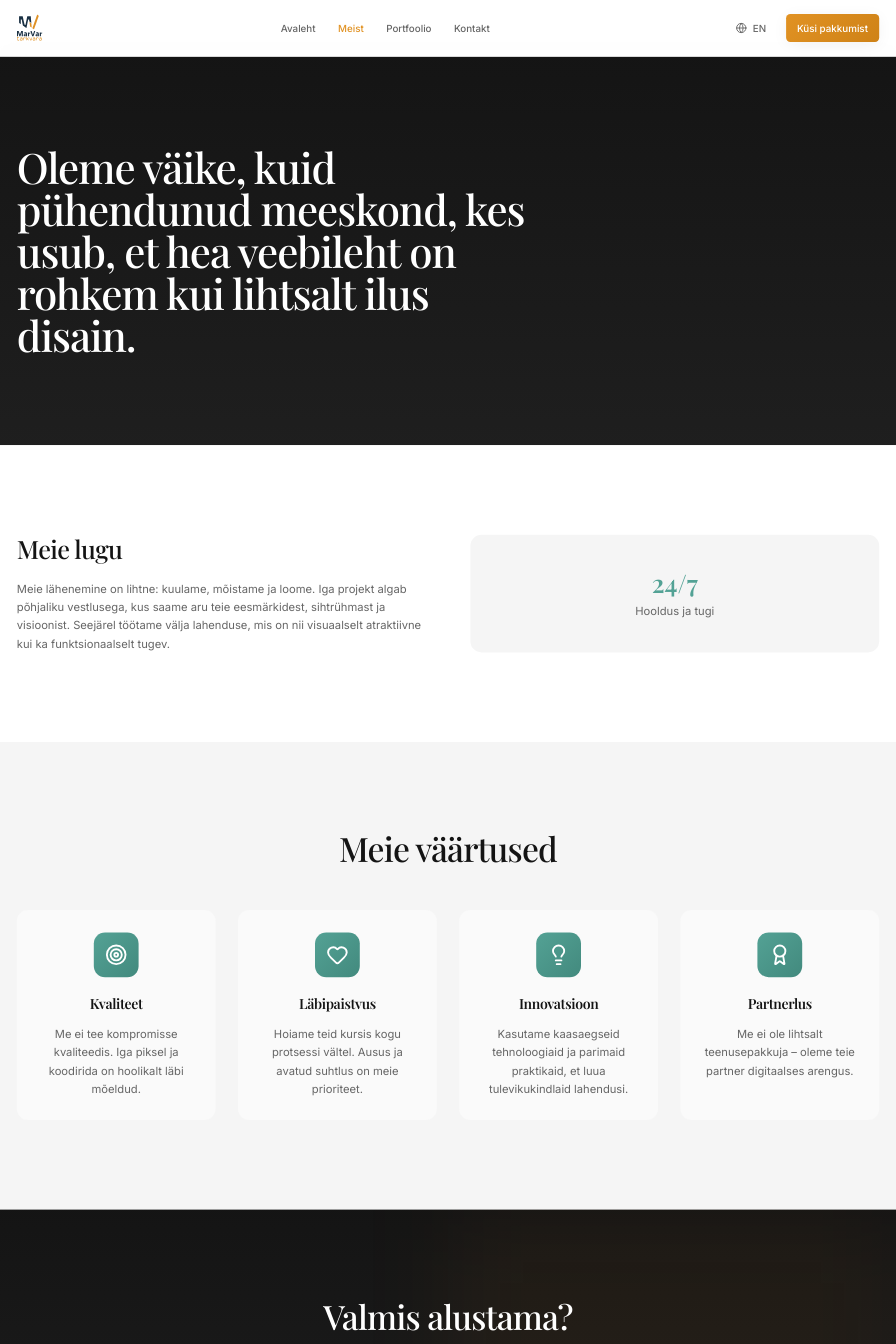
Repository: marvar-tarkvara/MARVAR-LEHT
Page: /meist
The author's editor kept a copy of each file at every save. The page is drawn from the files as they stood at one save, then again after the next save.
The browser window is 1280 px wide. The pictures show the part of the page from y = 0 to 1920 px (the page is 2625 px tall before and 2589 px after), at 70% of full size.
Some web fonts or font styles are not loaded; a fallback is used. The project was rebuilt for these pictures with package versions that can differ from the ones it lists, and the page was loaded fresh each time. The framework's server and built-in components were replaced by stand-ins that run in the browser. Also part of the build but not shown: next.config.ts, components/ui/tooltip.tsx.

Above is the page before, as saved 2026-01-18 19:22:35.

### app/layout.tsx
import type { Metadata } from "next";
import { Inter, Playfair_Display } from "next/font/google";
import { LanguageProvider } from "@/contexts/LanguageContext";
import { Toaster } from "@/components/ui/toaster";
import { TooltipProvider } from "@/components/ui/tooltip";
import "./globals.css";

const inter = Inter({
  subsets: ["latin"],
  variable: "--font-inter",
});

const playfair = Playfair_Display({
  subsets: ["latin"],
  variable: "--font-playfair",
});

export const metadata: Metadata = {
  title: "MarVar - Veebilehtede loomine",
  description: "Professionaalsed ja konversioonile suunatud veebilehed, mis aitavad teie ettevõttel kasvada. Minimalistlik disain, maksimaalne mõju.",
  icons: {
    icon: "/marvar.svg",
    apple: "/marvar.svg",
  },
};

export default function RootLayout({
  children,
}: Readonly<{
  children: React.ReactNode;
}>) {
  return (
    <html lang="et" suppressHydrationWarning>
      <body className={`${inter.variable} ${playfair.variable} antialiased`}>
        <LanguageProvider>
          <TooltipProvider>
            {children}
            <Toaster />
          </TooltipProvider>
        </LanguageProvider>
      </body>
    </html>
  );
}

### app/meist/page.tsx
import Layout from "@/components/layout/Layout";
import AboutContent from "@/components/pages/AboutContent";

export const metadata = {
  title: "Meist - MarVariks",
  description: "Oleme väike, kuid pühendunud meeskond, kes usub, et hea veebileht on rohkem kui lihtsalt ilus disain.",
};

export default function AboutPage() {
  return (
    <Layout>
      <AboutContent />
    </Layout>
  );
}

### components/ui/toaster.tsx
"use client";

import { useToast } from "@/hooks/use-toast";
import { Toast, ToastClose, ToastDescription, ToastProvider, ToastTitle, ToastViewport } from "@/components/ui/toast";

export function Toaster() {
  const { toasts } = useToast();

  return (
    <ToastProvider>
      {toasts.map(function ({ id, title, description, action, ...props }) {
        return (
          <Toast key={id} {...props}>
            <div className="grid gap-1">
              {title && <ToastTitle>{title}</ToastTitle>}
              {description && <ToastDescription>{description}</ToastDescription>}
            </div>
            {action}
            <ToastClose />
          </Toast>
        );
      })}
      <ToastViewport />
    </ToastProvider>
  );
}

### app/globals.css
@tailwind base;
@tailwind components;
@tailwind utilities;

@layer base {
  :root {
    --background: 0 0% 100%;
    --foreground: 0 0% 8%;

    --card: 0 0% 98%;
    --card-foreground: 0 0% 8%;

    --popover: 0 0% 100%;
    --popover-foreground: 0 0% 8%;

    --primary: 0 0% 8%;
    --primary-foreground: 0 0% 100%;

    --secondary: 0 0% 96%;
    --secondary-foreground: 0 0% 8%;

    --muted: 0 0% 94%;
    --muted-foreground: 0 0% 40%;

    --accent: 35 76% 51%;
    --accent-foreground: 0 0% 100%;

    --teal: 170 32% 48%;
    --teal-foreground: 0 0% 100%;

    --destructive: 0 84% 60%;
    --destructive-foreground: 0 0% 100%;

    --border: 0 0% 90%;
    --input: 0 0% 90%;
    --ring: 35 76% 51%;

    --radius: 0.5rem;

    --gradient-accent: linear-gradient(135deg, hsl(35, 76%, 51%) 0%, hsl(35, 80%, 45%) 100%);
    --gradient-teal: linear-gradient(135deg, hsl(170, 32%, 48%) 0%, hsl(170, 35%, 40%) 100%);
    --gradient-dark: linear-gradient(180deg, hsl(0, 0%, 8%) 0%, hsl(0, 0%, 12%) 100%);

    --shadow-soft: 0 4px 24px -4px hsl(0 0% 0% / 0.08);
    --shadow-card: 0 8px 32px -8px hsl(0 0% 0% / 0.12);
    --shadow-elevated: 0 16px 48px -12px hsl(0 0% 0% / 0.16);
  }

  .dark {
    --background: 0 0% 6%;
    --foreground: 0 0% 96%;

    --card: 0 0% 10%;
    --card-foreground: 0 0% 96%;

    --popover: 0 0% 8%;
    --popover-foreground: 0 0% 96%;

    --primary: 0 0% 96%;
    --primary-foreground: 0 0% 6%;

    --secondary: 0 0% 14%;
    --secondary-foreground: 0 0% 96%;

    --muted: 0 0% 16%;
    --muted-foreground: 0 0% 60%;

    --accent: 35 76% 51%;
    --accent-foreground: 0 0% 100%;

    --teal: 170 32% 48%;
    --teal-foreground: 0 0% 100%;

    --destructive: 0 62% 50%;
    --destructive-foreground: 0 0% 100%;

    --border: 0 0% 18%;
    --input: 0 0% 18%;
    --ring: 35 76% 51%;

    --shadow-soft: 0 4px 24px -4px hsl(0 0% 0% / 0.4);
    --shadow-card: 0 8px 32px -8px hsl(0 0% 0% / 0.5);
    --shadow-elevated: 0 16px 48px -12px hsl(0 0% 0% / 0.6);
  }
}

@layer base {
  * {
    @apply border-border;
  }

  html {
    scroll-behavior: smooth;
  }

  body {
    @apply bg-background text-foreground font-sans antialiased;
  }

  h1, h2, h3, h4, h5, h6 {
    @apply font-display font-medium tracking-tight;
  }
}

@layer utilities {
  .text-gradient-accent {
    @apply bg-clip-text text-transparent;
    background-image: var(--gradient-accent);
  }

  .text-gradient-teal {
    @apply bg-clip-text text-transparent;
    background-image: var(--gradient-teal);
  }

  .bg-gradient-accent {
    background: var(--gradient-accent);
  }

  .bg-gradient-teal {
    background: var(--gradient-teal);
  }

  .bg-gradient-dark {
    background: var(--gradient-dark);
  }

  .shadow-soft {
    box-shadow: var(--shadow-soft);
  }

  .shadow-card {
    box-shadow: var(--shadow-card);
  }

  .shadow-elevated {
    box-shadow: var(--shadow-elevated);
  }
}

### components/layout/Layout.tsx
import { ReactNode } from "react";
import Header from "./Header";
import Footer from "./Footer";

interface LayoutProps {
  children: ReactNode;
}

const Layout = ({ children }: LayoutProps) => {
  return (
    <div className="min-h-screen flex flex-col">
      <Header />
      <main className="flex-1 pt-20">{children}</main>
      <Footer />
    </div>
  );
};

export default Layout;

### components/layout/Header.tsx
"use client";

import { useState } from "react";
import Link from "next/link";
import Image from "next/image";
import { usePathname } from "next/navigation";
import { motion, AnimatePresence } from "framer-motion";
import { Menu, X, Globe } from "lucide-react";
import { Button } from "@/components/ui/button";
import { useLanguage } from "@/contexts/LanguageContext";

const Header = () => {
  const [isMenuOpen, setIsMenuOpen] = useState(false);
  const pathname = usePathname();
  const { language, setLanguage, t } = useLanguage();

  const isActive = (path: string) => pathname === path;

  const navLinks = [
    { href: "/", label: t("nav.home") },
    { href: "/meist", label: t("nav.about") },
    { href: "/portfolio", label: t("nav.portfolio") },
    { href: "/kontakt", label: t("nav.contact") },
  ];

  const toggleLanguage = () => {
    setLanguage(language === "et" ? "en" : "et");
  };

  return (
    <header className="fixed top-0 left-0 right-0 z-50 bg-background/80 backdrop-blur-lg border-b border-border">
      <div className="container mx-auto px-6">
        <div className="flex items-center justify-between h-20">
          {/* Logo */}
          <Link href="/">
            <Image src="/marvar-tarkvara.svg" alt="MarVar logo" width={140} height={40} className="h-10 w-auto" />
          </Link>

          {/* Desktop Navigation */}
          <nav className="hidden md:flex items-center gap-8">
            {navLinks.map((link) => (
              <Link
                key={link.href}
                href={link.href}
                className={`text-sm font-medium transition-colors duration-300 ${
                  isActive(link.href)
                    ? "text-accent"
                    : "text-muted-foreground hover:text-foreground"
                }`}
              >
                {link.label}
              </Link>
            ))}
          </nav>

          {/* Language Toggle & CTA Button */}
          <div className="hidden md:flex items-center gap-4">
            <button
              onClick={toggleLanguage}
              className="flex items-center gap-2 px-3 py-2 rounded-lg text-sm font-medium text-muted-foreground hover:text-foreground hover:bg-secondary transition-all duration-300"
              aria-label="Toggle language"
            >
              <Globe className="w-4 h-4" />
              <span className="uppercase">{language === "et" ? "EN" : "ET"}</span>
            </button>
            <Button variant="accent" asChild>
              <Link href="/kontakt">{t("nav.cta")}</Link>
            </Button>
          </div>

          {/* Mobile Menu Button */}
          <button
            className="md:hidden p-2"
            onClick={() => setIsMenuOpen(!isMenuOpen)}
            aria-label="Toggle menu"
          >
            {isMenuOpen ? (
              <X className="w-6 h-6 text-foreground" />
            ) : (
              <Menu className="w-6 h-6 text-foreground" />
            )}
          </button>
        </div>
      </div>

      {/* Mobile Menu */}
      <AnimatePresence>
        {isMenuOpen && (
          <motion.div
            initial={{ opacity: 0, height: 0 }}
            animate={{ opacity: 1, height: "auto" }}
            exit={{ opacity: 0, height: 0 }}
            className="md:hidden bg-background border-t border-border"
          >
            <nav className="container mx-auto px-6 py-6 flex flex-col gap-4">
              {navLinks.map((link) => (
                <Link
                  key={link.href}
                  href={link.href}
                  onClick={() => setIsMenuOpen(false)}
                  className={`text-lg font-medium py-2 transition-colors duration-300 ${
                    isActive(link.href)
                      ? "text-accent"
                      : "text-muted-foreground hover:text-foreground"
                  }`}
                >
                  {link.label}
                </Link>
              ))}
              <button
                onClick={toggleLanguage}
                className="flex items-center gap-2 py-2 text-lg font-medium text-muted-foreground hover:text-foreground transition-colors"
              >
                <Globe className="w-5 h-5" />
                <span>{language === "et" ? "English" : "Eesti"}</span>
              </button>
              <Button variant="accent" className="mt-4" asChild>
                <Link href="/kontakt" onClick={() => setIsMenuOpen(false)}>
                  {t("nav.cta")}
                </Link>
              </Button>
            </nav>
          </motion.div>
        )}
      </AnimatePresence>
    </header>
  );
};

export default Header;

### components/layout/Footer.tsx
"use client";

import Link from "next/link";
import Image from "next/image";
import { useLanguage } from "@/contexts/LanguageContext";

const Footer = () => {
  const { t } = useLanguage();

  return (
    <footer className="bg-primary text-primary-foreground py-16">
      <div className="container mx-auto px-6">
        <div className="grid grid-cols-1 md:grid-cols-4 gap-12">
          {/* Brand */}
          <div className="md:col-span-2">
            <Link href="/">
              <Image src="/marvar.svg" alt="MarVar logo" width={32} height={32} className="h-8 w-8" />
            </Link>
            <p className="mt-4 text-primary-foreground/70 max-w-sm leading-relaxed">
              {t("footer.description")}
            </p>
          </div>

          {/* Navigation */}
          <div>
            <h4 className="font-semibold mb-4">{t("footer.navigation")}</h4>
            <nav className="flex flex-col gap-3">
              <Link href="/" className="text-primary-foreground/70 hover:text-accent transition-colors">
                {t("nav.home")}
              </Link>
              <Link href="/meist" className="text-primary-foreground/70 hover:text-accent transition-colors">
                {t("nav.about")}
              </Link>
              <Link href="/portfolio" className="text-primary-foreground/70 hover:text-accent transition-colors">
                {t("nav.portfolio")}
              </Link>
              <Link href="/kontakt" className="text-primary-foreground/70 hover:text-accent transition-colors">
                {t("nav.contact")}
              </Link>
            </nav>
          </div>

          {/* Contact */}
          <div>
            <h4 className="font-semibold mb-4">{t("footer.contact")}</h4>
            <div className="flex flex-col gap-3 text-primary-foreground/70">
              <a href="mailto:info@marvar.ee" className="hover:text-accent transition-colors">
                info@marvar.ee
              </a>
              <p>Tallinn, Eesti</p>
            </div>
          </div>
        </div>

        <div className="mt-16 pt-8 border-t border-primary-foreground/10 flex flex-col md:flex-row justify-between items-center gap-4">
          <p className="text-sm text-primary-foreground/50">
            © {new Date().getFullYear()} MarVar. {t("footer.rights")}
          </p>
        </div>
      </div>
    </footer>
  );
};

export default Footer;

### components/sections/CTA.tsx
"use client";

import { motion } from "framer-motion";
import Link from "next/link";
import { ArrowRight } from "lucide-react";
import { Button } from "@/components/ui/button";
import { useLanguage } from "@/contexts/LanguageContext";

const CTA = () => {
  const { t } = useLanguage();

  return (
    <section className="py-24 md:py-32 bg-gradient-dark relative overflow-hidden">
      {/* Background Accent */}
      <div className="absolute top-0 right-0 w-1/2 h-full bg-accent/5 blur-3xl" />

      <div className="container mx-auto px-6 relative z-10">
        <motion.div
          initial={{ opacity: 0, y: 30 }}
          whileInView={{ opacity: 1, y: 0 }}
          viewport={{ once: true }}
          transition={{ duration: 0.6 }}
          className="max-w-3xl mx-auto text-center"
        >
          <h2 className="text-3xl md:text-4xl lg:text-5xl font-display font-medium text-primary-foreground leading-tight">
            {t("cta.title")}
          </h2>
          <p className="mt-6 text-lg text-primary-foreground/70 max-w-xl mx-auto">
            {t("cta.description")}
          </p>
          <motion.div
            initial={{ opacity: 0, y: 20 }}
            whileInView={{ opacity: 1, y: 0 }}
            viewport={{ once: true }}
            transition={{ duration: 0.6, delay: 0.2 }}
            className="mt-10"
          >
            <Button variant="hero" size="xl" asChild>
              <Link href="/kontakt">
                {t("cta.button")}
                <ArrowRight className="w-5 h-5 ml-2" />
              </Link>
            </Button>
          </motion.div>
        </motion.div>
      </div>
    </section>
  );
};

export default CTA;

### components/ui/button.tsx
import * as React from "react";
import { Slot } from "@radix-ui/react-slot";
import { cva, type VariantProps } from "class-variance-authority";

import { cn } from "@/lib/utils";

const buttonVariants = cva(
  "inline-flex items-center justify-center gap-2 whitespace-nowrap rounded-md text-sm font-medium ring-offset-background transition-all duration-300 focus-visible:outline-none focus-visible:ring-2 focus-visible:ring-ring focus-visible:ring-offset-2 disabled:pointer-events-none disabled:opacity-50 [&_svg]:pointer-events-none [&_svg]:size-4 [&_svg]:shrink-0",
  {
    variants: {
      variant: {
        default: "bg-primary text-primary-foreground hover:bg-primary/90",
        destructive: "bg-destructive text-destructive-foreground hover:bg-destructive/90",
        outline: "border border-input bg-background hover:bg-accent hover:text-accent-foreground",
        secondary: "bg-secondary text-secondary-foreground hover:bg-secondary/80",
        ghost: "hover:bg-accent hover:text-accent-foreground",
        link: "text-primary underline-offset-4 hover:underline",
        accent: "bg-gradient-accent text-accent-foreground hover:opacity-90 shadow-soft hover:shadow-card",
        teal: "bg-gradient-teal text-teal-foreground hover:opacity-90 shadow-soft hover:shadow-card",
        hero: "bg-gradient-accent text-accent-foreground text-base font-semibold px-8 py-6 rounded-lg shadow-card hover:shadow-elevated hover:scale-[1.02] active:scale-[0.98]",
        heroOutline: "border-2 border-accent text-accent hover:bg-accent hover:text-accent-foreground text-base font-semibold px-8 py-6 rounded-lg",
      },
      size: {
        default: "h-10 px-4 py-2",
        sm: "h-9 rounded-md px-3",
        lg: "h-12 rounded-md px-8 text-base",
        xl: "h-14 rounded-lg px-10 text-lg",
        icon: "h-10 w-10",
      },
    },
    defaultVariants: {
      variant: "default",
      size: "default",
    },
  },
);

export interface ButtonProps
  extends React.ButtonHTMLAttributes<HTMLButtonElement>,
    VariantProps<typeof buttonVariants> {
  asChild?: boolean;
}

const Button = React.forwardRef<HTMLButtonElement, ButtonProps>(
  ({ className, variant, size, asChild = false, ...props }, ref) => {
    const Comp = asChild ? Slot : "button";
    return <Comp className={cn(buttonVariants({ variant, size, className }))} ref={ref} {...props} />;
  },
);
Button.displayName = "Button";

export { Button, buttonVariants };

### tailwind.config.ts
import type { Config } from "tailwindcss";

export default {
  darkMode: ["class"],
  content: [
    "./app/**/*.{ts,tsx}",
    "./components/**/*.{ts,tsx}",
    "./lib/**/*.{ts,tsx}",
  ],
  theme: {
    container: {
      center: true,
      padding: "2rem",
      screens: {
        "2xl": "1400px",
      },
    },
    extend: {
      fontFamily: {
        sans: ["var(--font-inter)", "system-ui", "sans-serif"],
        display: ["var(--font-playfair)", "Georgia", "serif"],
      },
      colors: {
        border: "hsl(var(--border))",
        input: "hsl(var(--input))",
        ring: "hsl(var(--ring))",
        background: "hsl(var(--background))",
        foreground: "hsl(var(--foreground))",
        primary: {
          DEFAULT: "hsl(var(--primary))",
          foreground: "hsl(var(--primary-foreground))",
        },
        secondary: {
          DEFAULT: "hsl(var(--secondary))",
          foreground: "hsl(var(--secondary-foreground))",
        },
        destructive: {
          DEFAULT: "hsl(var(--destructive))",
          foreground: "hsl(var(--destructive-foreground))",
        },
        muted: {
          DEFAULT: "hsl(var(--muted))",
          foreground: "hsl(var(--muted-foreground))",
        },
        accent: {
          DEFAULT: "hsl(var(--accent))",
          foreground: "hsl(var(--accent-foreground))",
        },
        teal: {
          DEFAULT: "hsl(var(--teal))",
          foreground: "hsl(var(--teal-foreground))",
        },
        popover: {
          DEFAULT: "hsl(var(--popover))",
          foreground: "hsl(var(--popover-foreground))",
        },
        card: {
          DEFAULT: "hsl(var(--card))",
          foreground: "hsl(var(--card-foreground))",
        },
      },
      borderRadius: {
        lg: "var(--radius)",
        md: "calc(var(--radius) - 2px)",
        sm: "calc(var(--radius) - 4px)",
      },
      keyframes: {
        "accordion-down": {
          from: { height: "0" },
          to: { height: "var(--radix-accordion-content-height)" },
        },
        "accordion-up": {
          from: { height: "var(--radix-accordion-content-height)" },
          to: { height: "0" },
        },
        "fade-in": {
          from: { opacity: "0", transform: "translateY(20px)" },
          to: { opacity: "1", transform: "translateY(0)" },
        },
        "fade-in-up": {
          from: { opacity: "0", transform: "translateY(40px)" },
          to: { opacity: "1", transform: "translateY(0)" },
        },
        "slide-in-right": {
          from: { opacity: "0", transform: "translateX(20px)" },
          to: { opacity: "1", transform: "translateX(0)" },
        },
      },
      animation: {
        "accordion-down": "accordion-down 0.2s ease-out",
        "accordion-up": "accordion-up 0.2s ease-out",
        "fade-in": "fade-in 0.6s ease-out forwards",
        "fade-in-up": "fade-in-up 0.8s ease-out forwards",
        "slide-in-right": "slide-in-right 0.5s ease-out forwards",
      },
    },
  },
  plugins: [require("tailwindcss-animate")],
} satisfies Config;

Loaded but not shown: lib/utils.ts (common file); contexts/LanguageContext.tsx (242 lines, source omitted); components/ui/toast.tsx (113 lines, source omitted); components/pages/AboutContent.tsx (125 lines, source omitted); hooks/use-toast.ts (186 lines, source omitted)

After the next save:
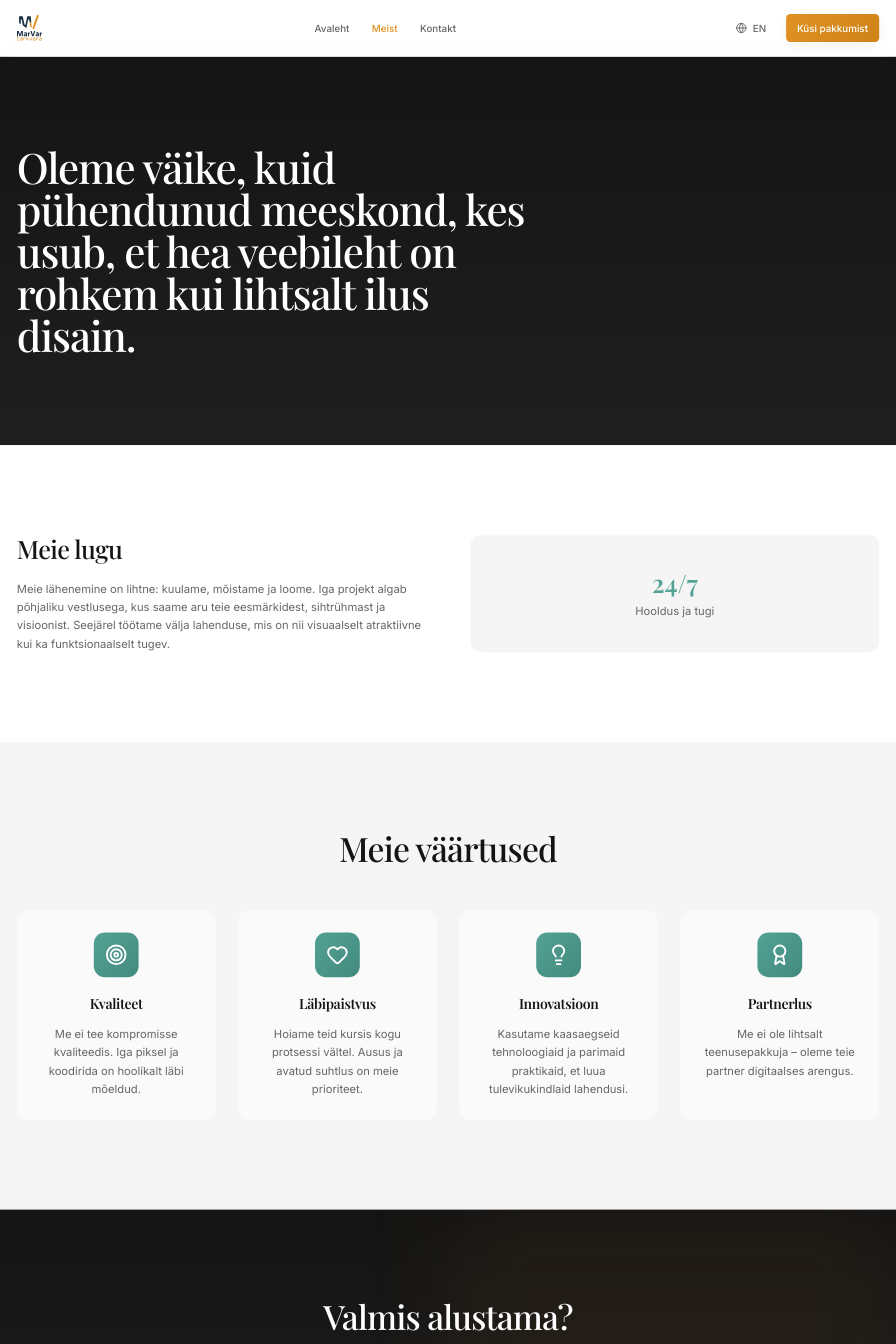
Saved 60 s later.
--- a/components/layout/Header.tsx
+++ b/components/layout/Header.tsx
@@ -19,7 +19,6 @@ const Header = () => {
   const navLinks = [
     { href: "/", label: t("nav.home") },
     { href: "/meist", label: t("nav.about") },
-    { href: "/portfolio", label: t("nav.portfolio") },
     { href: "/kontakt", label: t("nav.contact") },
   ];
 
--- a/components/layout/Footer.tsx
+++ b/components/layout/Footer.tsx
@@ -31,9 +31,6 @@ const Footer = () => {
               <Link href="/meist" className="text-primary-foreground/70 hover:text-accent transition-colors">
                 {t("nav.about")}
               </Link>
-              <Link href="/portfolio" className="text-primary-foreground/70 hover:text-accent transition-colors">
-                {t("nav.portfolio")}
-              </Link>
               <Link href="/kontakt" className="text-primary-foreground/70 hover:text-accent transition-colors">
                 {t("nav.contact")}
               </Link>
